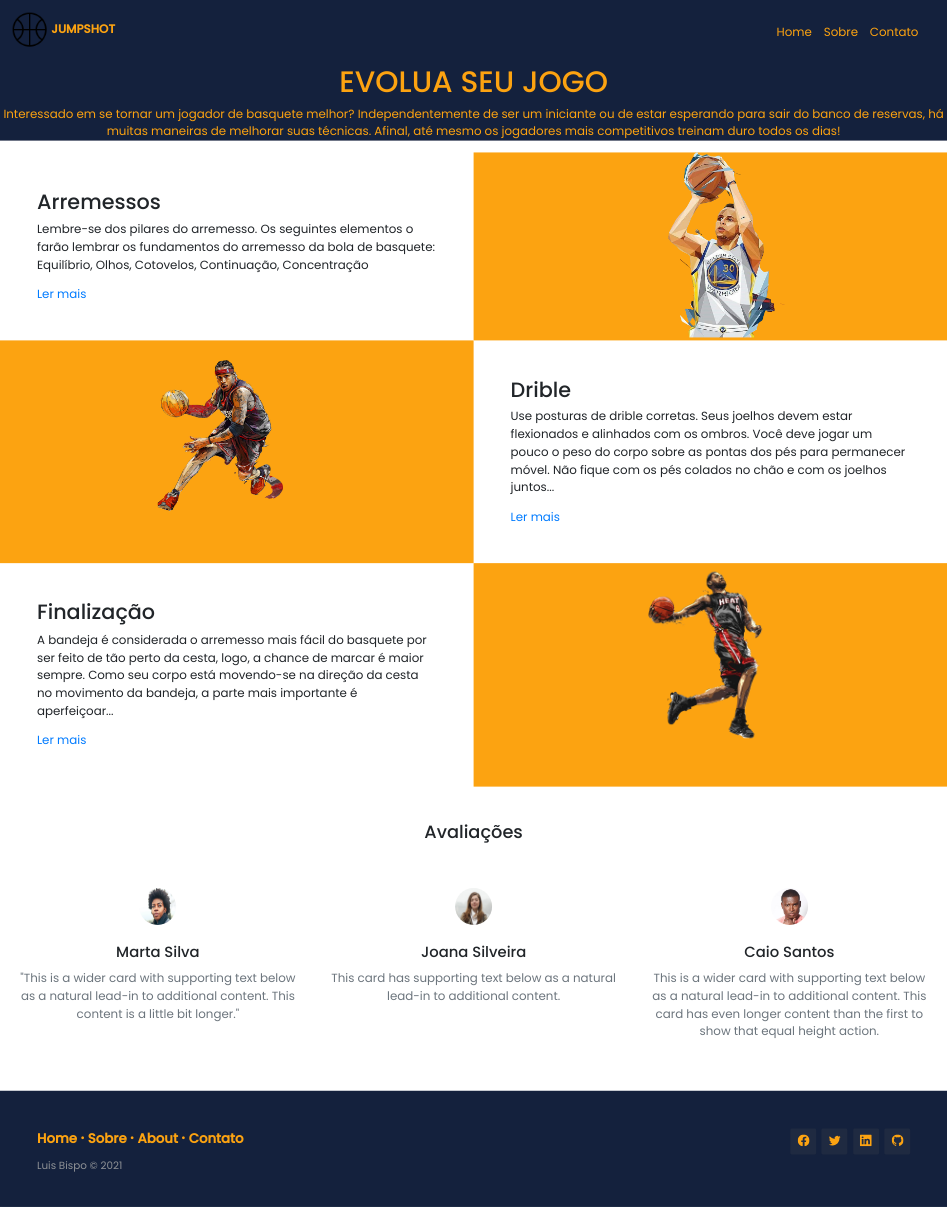
Repository: luisbisp/Jumpshot
Page: index.htm
These files come from the project's save history. The page is drawn as it stood at one moment and after the next save; the edit follows.
The browser window is 1280 px wide. The pictures show the whole page, at 74% of full size.

Above is the page before, as saved 2021-07-07 19:22:07.

### index.htm
<!DOCTYPE html>
<html lang="en">

<head>
    <meta charset="UTF-8">
    <meta http-equiv="X-UA-Compatible" content="IE=edge">
    <meta name="viewport" content="width=device-width, initial-scale=1.0">
    <link rel="preconnect" href="https://fonts.googleapis.com">
    <link rel="preconnect" href="https://fonts.gstatic.com" crossorigin>
    <link href="https://fonts.googleapis.com/css2?family=Poppins:wght@300;400;500&display=swap" rel="stylesheet">
    <link rel="stylesheet" href="https://maxcdn.bootstrapcdn.com/bootstrap/4.0.0/css/bootstrap.min.css"
        integrity="sha384-Gn5384xqQ1aoWXA+058RXPxPg6fy4IWvTNh0E263XmFcJlSAwiGgFAW/dAiS6JXm" crossorigin="anonymous">
    <link rel="stylesheet" href="./styles/styles.css">
    <link rel="stylesheet" href="./styles/footer.css">

    <title>jumpshot</title>

</head>

<body>
    <div class="container-fluid p-0">
        <!-- div com todo conteudo da pagina -->
        <header class="p5">
            <!-- div com conteudo do cabeçalho -->
            <div class="div-header">
                <div class="logo">
                    <img src="./images/logo.png" alt="">
                    <strong>JUMPSHOT</strong>
                </div>
                <div class="menu">
                    <!-- navbar do bootstrap -->
                    <nav class="navbar navbar-expand-lg">
                        <button class="navbar-toggler" type="button" data-toggle="collapse" data-target="#navbarNav"
                            aria-controls="navbarNav" aria-expanded="false" aria-label="Toggle navigation">
                            <span class="navbar-toggler-icon"></span>
                        </button>
                        <div class="collapse navbar-collapse" id="navbarNav">
                            <ul class="navbar-nav">
                                <li class="nav-item active">
                                    <a class="nav-link navbar-custom" href="#">Home <span
                                            class="sr-only">(current)</span></a>
                                </li>
                                <li class="nav-item">
                                    <a class="nav-link navbar-custom" href="#">Sobre</a>
                                </li>
                                <li class="nav-item">
                                    <a class="nav-link navbar-custom" href="#">Contato</a>
                                </li>
                            </ul>
                        </div>
                    </nav>
                </div>
            </div>

            <div class="div-header-content m-0">
                <div class="text-center">

                    <h1> EVOLUA SEU JOGO</h1>
                    <p> Interessado em se tornar um jogador de basquete melhor? Independentemente
                        de ser um iniciante ou de estar esperando para sair do banco de reservas,
                        há muitas maneiras de melhorar suas técnicas. Afinal, até mesmo os jogadores
                        mais competitivos treinam duro todos os dias!</p>
                </div>

            </div>
        </header>

        <!-- divs com o conteudo da pagina -->
        <div class="content">

            <div class="content-text">
                <h3>Arremessos</h3>
                <p>Lembre-se dos pilares do arremesso. Os seguintes elementos o
                    farão lembrar os fundamentos do arremesso da bola de basquete:
                    Equilíbrio, Olhos, Cotovelos, Continuação, Concentração</p>
                <a href="#">Ler mais</a>
            </div>

            <div class="content-image">
                <img class="illustration" src="./images/aremesso.png" alt="">
            </div>

        </div>

        <div class="content">

            <div class="content-image">
                <img class="illustration" src="./images/drible.png" alt="">
            </div>

            <div class="content-text">
                <h3>Drible</h3>
                <p>Use posturas de drible corretas. Seus joelhos devem estar flexionados e alinhados
                    com os ombros. Você deve jogar um pouco o peso do corpo sobre as pontas dos pés
                    para permanecer móvel. Não fique com os pés colados no chão e com os joelhos juntos...</p>
                <a href="#">Ler mais</a>
            </div>

        </div>

        <div class="content d-flex">

            <div class="content-text">
                <h3>Finalização</h3>
                <p>A bandeja é considerada o arremesso mais fácil do basquete por ser feito de tão
                    perto da cesta, logo, a chance de marcar é maior sempre. Como seu corpo está
                    movendo-se na direção da cesta no movimento da bandeja, a parte mais importante
                    é aperfeiçoar...</p>
                <a href="#">Ler mais</a>
            </div>

            <div class="content-image">
                <img class="illustration" src="./images/finalizaçao.png" alt="">
            </div>

        </div>


        <div class="title d-flex justify-content-center m-5">
            <h4>Avaliações</h4>
        </div>

        <div class="card-group">
            <div class="card border-0">
                <div class="d-flex justify-content-center">
                    <img class="photo-profile" src="./images/profile1.jpg" alt="Card image cap">
                </div>
                <div class="card-body">
                    <h5 class="card-title text-center">Marta Silva</h5>
                    <p class="card-text text-center text-secondary">"This is a wider card with supporting text below as a natural
                        lead-in to
                        additional content. This content is a little bit longer."</p>

                </div>
            </div>
            <div class="card border-0">
                <div class="d-flex justify-content-center">
                    <img class="photo-profile" src="./images/profile2.jpg" alt="Card image cap">
                </div>
                <div class="card-body">
                    <h5 class="card-title text-center">Joana Silveira</h5>
                    <p class="card-text text-center text-secondary">This card has supporting text below as a natural lead-in to
                        additional content.
                    </p>

                </div>
            </div>
            <div class="card border-0">
                <div class="d-flex justify-content-center">
                    <img class="photo-profile" src="./images/profile3.jpg" alt="Card image cap">
                </div>
                <div class="card-body">
                    <h5 class="card-title text-center">Caio Santos</h5>
                    <p class="card-text text-center text-secondary">This is a wider card with supporting text below as a natural
                        lead-in to
                        additional content. This card has even longer content than the first to show that equal height
                        action.</p>

                </div>
            </div>
        </div>





        <footer class="footer-distributed mt-5">

            <div class="footer-right">

                <!-- icons svg das redes sociais -->
                <a href="#"><svg xmlns="http://www.w3.org/2000/svg" width="16" height="16" fill="currentColor"
                        class="bi bi-facebook" viewBox="0 0 16 16">
                        <path
                            d="M16 8.049c0-4.446-3.582-8.05-8-8.05C3.58 0-.002 3.603-.002 8.05c0 4.017 2.926 7.347 6.75 7.951v-5.625h-2.03V8.05H6.75V6.275c0-2.017 1.195-3.131 3.022-3.131.876 0 1.791.157 1.791.157v1.98h-1.009c-.993 0-1.303.621-1.303 1.258v1.51h2.218l-.354 2.326H9.25V16c3.824-.604 6.75-3.934 6.75-7.951z" />
                    </svg></i></a>

                <a href="#"><svg xmlns="http://www.w3.org/2000/svg" width="16" height="16" fill="currentColor"
                        class="bi bi-twitter" viewBox="0 0 16 16">
                        <path
                            d="M5.026 15c6.038 0 9.341-5.003 9.341-9.334 0-.14 0-.282-.006-.422A6.685 6.685 0 0 0 16 3.542a6.658 6.658 0 0 1-1.889.518 3.301 3.301 0 0 0 1.447-1.817 6.533 6.533 0 0 1-2.087.793A3.286 3.286 0 0 0 7.875 6.03a9.325 9.325 0 0 1-6.767-3.429 3.289 3.289 0 0 0 1.018 4.382A3.323 3.323 0 0 1 .64 6.575v.045a3.288 3.288 0 0 0 2.632 3.218 3.203 3.203 0 0 1-.865.115 3.23 3.23 0 0 1-.614-.057 3.283 3.283 0 0 0 3.067 2.277A6.588 6.588 0 0 1 .78 13.58a6.32 6.32 0 0 1-.78-.045A9.344 9.344 0 0 0 5.026 15z" />
                    </svg></a>

                <a href="#"><svg xmlns="http://www.w3.org/2000/svg" width="16" height="16" fill="currentColor"
                        class="bi bi-linkedin" viewBox="0 0 16 16">
                        <path
                            d="M0 1.146C0 .513.526 0 1.175 0h13.65C15.474 0 16 .513 16 1.146v13.708c0 .633-.526 1.146-1.175 1.146H1.175C.526 16 0 15.487 0 14.854V1.146zm4.943 12.248V6.169H2.542v7.225h2.401zm-1.2-8.212c.837 0 1.358-.554 1.358-1.248-.015-.709-.52-1.248-1.342-1.248-.822 0-1.359.54-1.359 1.248 0 .694.521 1.248 1.327 1.248h.016zm4.908 8.212V9.359c0-.216.016-.432.08-.586.173-.431.568-.878 1.232-.878.869 0 1.216.662 1.216 1.634v3.865h2.401V9.25c0-2.22-1.184-3.252-2.764-3.252-1.274 0-1.845.7-2.165 1.193v.025h-.016a5.54 5.54 0 0 1 .016-.025V6.169h-2.4c.03.678 0 7.225 0 7.225h2.4z" />
                    </svg></a>

                <a href="#"><svg xmlns="http://www.w3.org/2000/svg" width="16" height="16" fill="currentColor"
                        class="bi bi-github" viewBox="0 0 16 16">
                        <path
                            d="M8 0C3.58 0 0 3.58 0 8c0 3.54 2.29 6.53 5.47 7.59.4.07.55-.17.55-.38 0-.19-.01-.82-.01-1.49-2.01.37-2.53-.49-2.69-.94-.09-.23-.48-.94-.82-1.13-.28-.15-.68-.52-.01-.53.63-.01 1.08.58 1.23.82.72 1.21 1.87.87 2.33.66.07-.52.28-.87.51-1.07-1.78-.2-3.64-.89-3.64-3.95 0-.87.31-1.59.82-2.15-.08-.2-.36-1.02.08-2.12 0 0 .67-.21 2.2.82.64-.18 1.32-.27 2-.27.68 0 1.36.09 2 .27 1.53-1.04 2.2-.82 2.2-.82.44 1.1.16 1.92.08 2.12.51.56.82 1.27.82 2.15 0 3.07-1.87 3.75-3.65 3.95.29.25.54.73.54 1.48 0 1.07-.01 1.93-.01 2.2 0 .21.15.46.55.38A8.012 8.012 0 0 0 16 8c0-4.42-3.58-8-8-8z" />
                    </svg></a>

            </div>

            <div class="footer-left">

                <p class="footer-links">
                    <a class="link-1" href="#">Home</a>

                    <a href="#">Sobre</a>

                    <a href="#">About</a>

                    <a href="#">Contato</a>
                </p>

                <p>Luis Bispo &copy; 2021</p>
            </div>

        </footer>
    </div>
</body>

</html>

### styles/styles.css
 *{
    font-family: 'Poppins', sans-serif;
 }
 header {
     background-color: #14213d;
     color: #fca311;
 }
 .div-header{
       display: flex;
       justify-content: space-between;
       padding:15px;
}
.navbar-custom{
    color: #fca311;
}

/* .div-header-content{
    margin-top: 50px;
    display: flex;
    margin: 15px;
} */


.content{
    display: flex;

}
.content-text{
    width: 50%;
    padding: 50px;
}

.content-image {
    width:50%;
    background-color: #fca311;
    display: flex;
    justify-content: center;
}
.illustration{
    height: 250px;
}

.photo-profile{
    border-radius: 50%;
    width: 50px;
    height: 50px;
    margin: 1%;
}

### styles/footer.css
.footer-distributed {
    background-color: #14213d;
    box-shadow: 0 1px 1px 0 rgba(0, 0, 0, 0.12);
    box-sizing: border-box;
    width: 100%;
    text-align: left;
    font: normal 16px sans-serif;
    padding: 45px 50px;
  }

  .footer-distributed .footer-left p {
    color: #8f9296;
    font-size: 14px;
    margin: 0;
  }
  /* Footer links */

  .footer-distributed p.footer-links {
    font-size: 18px;
    font-weight: bold;
    color: #fca311;
    margin: 0 0 10px;
    padding: 0;
    transition: ease .25s;
  }

  .footer-distributed p.footer-links a {
    display: inline-block;
    line-height: 1.8;
    text-decoration: none;
    color: inherit;
    transition: ease .25s;
  }

  .footer-distributed .footer-links a:before {
    content: "·";
    font-size: 20px;
    left: 0;
    color: #fca311;
    display: inline-block;
    padding-right: 5px;
  }

  .footer-distributed .footer-links .link-1:before {
    content: none;
  }

  .footer-distributed .footer-right {
    float: right;
    margin-top: 6px;
    max-width: 180px;
  }

  .footer-distributed .footer-right a {
    display: inline-block;
    width: 35px;
    height: 35px;
    background-color: #1f2a41;
    border-radius: 2px;
    font-size: 20px;
    color: #fca311;
    text-align: center;
    line-height: 35px;
    margin-left: 3px;
    transition:all .25s;
  }

  .footer-distributed .footer-right a:hover{transform:scale(1.1); -webkit-transform:scale(1.1);}

  .footer-distributed p.footer-links a:hover{text-decoration:underline;}

  /* Media Queries */

  @media (max-width: 600px) {
    .footer-distributed .footer-left, .footer-distributed .footer-right {
      text-align: center;
    }
    .footer-distributed .footer-right {
      float: none;
      margin: 0 auto 20px;
    }
    .footer-distributed .footer-left p.footer-links {
      line-height: 1.8;
    }
  }

After the next save:
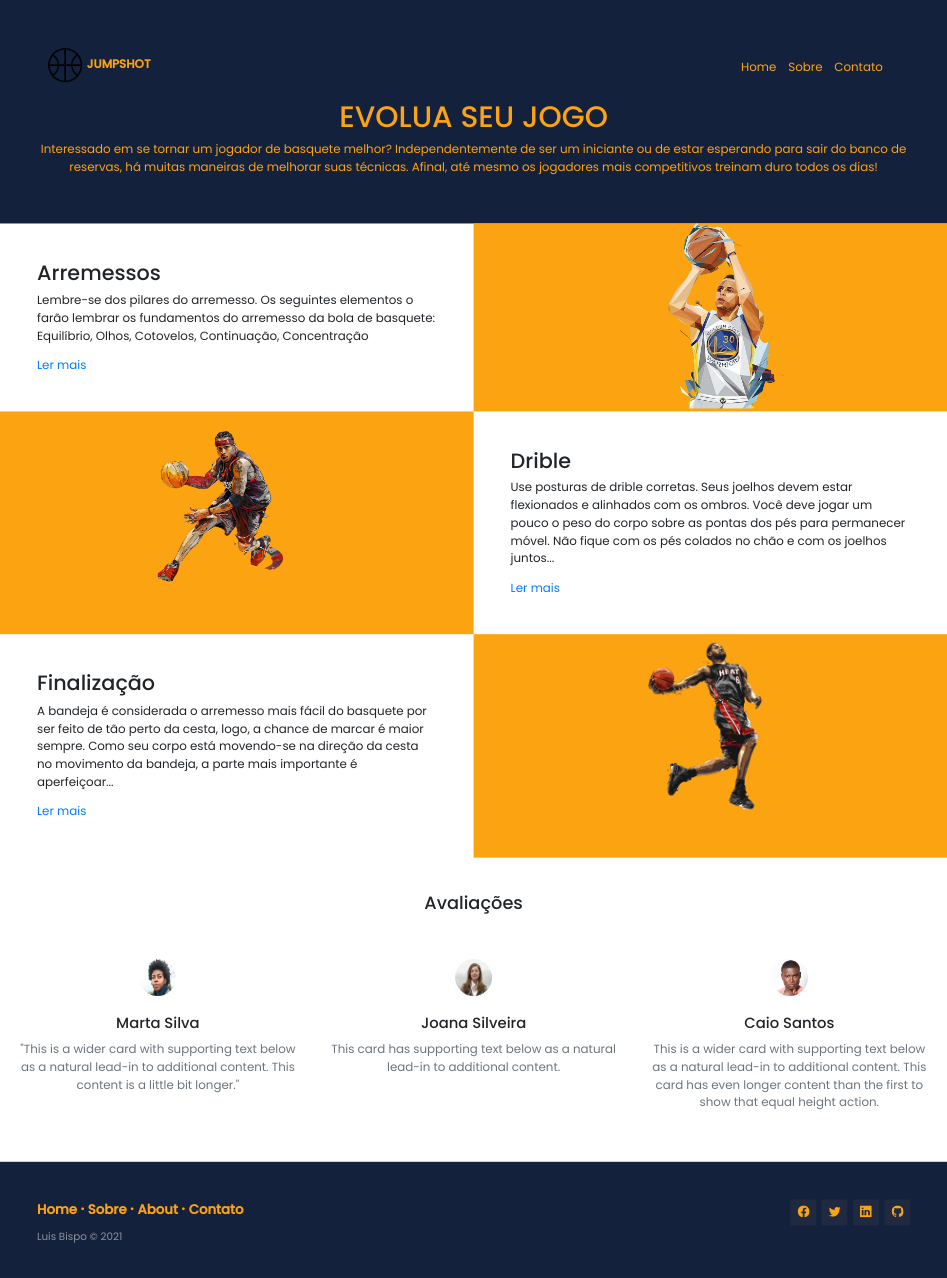
Saved 7 s later.
--- a/index.htm
+++ b/index.htm
@@ -20,7 +20,7 @@
 <body>
     <div class="container-fluid p-0">
         <!-- div com todo conteudo da pagina -->
-        <header class="p5">
+        <header class="p-5">
             <!-- div com conteudo do cabeçalho -->
             <div class="div-header">
                 <div class="logo">
